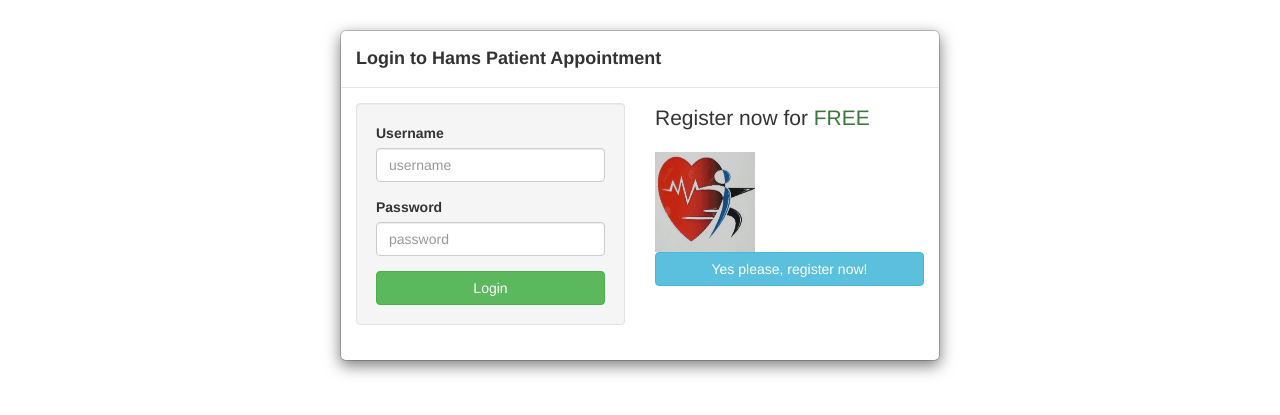
Repository: shiveshk/PullData
Page: http://localhost/Hams/
An editor plug-in stored every save of this project. The page is shown before and after the next save, followed by the edit.
The browser window is 1280 px wide. The pictures show the whole page.
The page is served by Tomcat 9. Nobody is signed in. The application's start-up code is not run. Other server files are loaded and not shown.

Above is the page before, as saved 2015-11-05 06:38:18.
Console error (its wording comes from the project's code and is left out).

### Hams/WebContent/index.jsp
<%@ page language="java" contentType="text/html; charset=ISO-8859-1"
    pageEncoding="ISO-8859-1"%>
<!DOCTYPE html>
<html>
<head>
<meta http-equiv="Content-Type" content="text/html; charset=ISO-8859-1">
<link rel="stylesheet" href="http://maxcdn.bootstrapcdn.com/bootstrap/3.3.5/css/bootstrap.min.css">
  <script src="http://maxcdn.bootstrapcdn.com/bootstrap/3.3.5/js/bootstrap.min.js"></script>
  <link rel="stylesheet" type="text/css" href="style.css"/>
<title>Login</title>
<style>
img {
	align: center;
	margin: auto;
	bottom: 100px;
    height: 100px;
    width: 100px;
}
</style>

</head>



<body>



    <div id="login-overlay" class="modal-dialog">
      <div class="modal-content">
          <div class="modal-header">
              <h4 class="modal-title" id="myModalLabel"><b>Login to Hams Patient Appointment </b></h4>
          </div>
          <div class="modal-body">
              <div class="row">
                  <div class="col-xs-6">
                      <div class="well">
                          <form id="loginForm" method="POST" action="LoginServlet">
                              <div class="form-group">
                                  <label for="username" class="control-label">Username</label>
                                  <input type="text" class="form-control" name="name" value=""  title="Please enter your username" placeholder="username">
                                  <span class="help-block"></span>
                              </div>

                              <div class="form-group">
                                  <label for="password" class="control-label">Password</label>
                                  <input type="password" class="form-control" name="password" placeholder="password" value="" title="Please enter your password">
                                  <span class="help-block"></span>
                              </div>

                              <button type="submit" value="login" name="submit" class="btn btn-success btn-block">Login</button>
                          </form>
                      </div>
                  </div>

                  <div class="col-xs-6">
                      <p class="lead">Register now for <span class="text-success">FREE</span></p>
                      <img src = "images/HAMSLogo.jpg" alt="hamslogo" />
                      <p><a href="/new-customer/" class="btn btn-info btn-block">Yes please, register now!</a></p>
                  </div>
                  </div>

      </div>
</div>
  </div>
<script type="text/javascript">

</script>


</body>
</html>

### Hams/WebContent/style/style.css
@CHARSET "ISO-8859-1";
/* Basic Grey */
.basic-grey {
    margin-left:auto;
    margin-right:auto;
    max-width: 500px;
    background: #F7F7F7;
    padding: 25px 15px 25px 10px;
    font: 12px Georgia, "Times New Roman", Times, serif;
    color: #888;
    text-shadow: 1px 1px 1px #FFF;
    border:1px solid #E4E4E4;
}
.basic-grey h1 {
    font-size: 25px;
    padding: 0px 0px 10px 40px;
    display: block;
    border-bottom:1px solid #E4E4E4;
    margin: -10px -15px 30px -10px;;
    color: #888;
}
.basic-grey h1>span {
    display: block;
    font-size: 11px;
}
.basic-grey label {
    display: block;
    margin: 0px;
}
.basic-grey label>span {
    float: left;
    width: 20%;
    text-align: right;
    padding-right: 10px;
    margin-top: 10px;
    color: #888;
}
.basic-grey input[type="text"], .basic-grey input[type="email"], .basic-grey textarea, .basic-grey select {
    border: 1px solid #DADADA;
    color: #888;
    height: 30px;
    margin-bottom: 16px;
    margin-right: 6px;
    margin-top: 2px;
    outline: 0 none;
    padding: 3px 3px 3px 5px;
    width: 70%;
    font-size: 12px;
    line-height:15px;
    box-shadow: inset 0px 1px 4px #ECECEC;
    -moz-box-shadow: inset 0px 1px 4px #ECECEC;
    -webkit-box-shadow: inset 0px 1px 4px #ECECEC;
}
.basic-grey textarea{
    padding: 5px 3px 3px 5px;
}
.basic-grey select {
    background: #FFF url('down-arrow.png') no-repeat right;
    background: #FFF url('down-arrow.png') no-repeat right);
    appearance:none;
    -webkit-appearance:none;
    -moz-appearance: none;
    text-indent: 0.01px;
    text-overflow: '';
    width: 70%;
    height: 35px;
    line-height: 25px;
}
.basic-grey textarea{
    height:100px;
}
.basic-grey .button {
    background: #E27575;
    border: none;
    padding: 10px 25px 10px 25px;
    color: #FFF;
    box-shadow: 1px 1px 5px #B6B6B6;
    border-radius: 3px;
    text-shadow: 1px 1px 1px #9E3F3F;
    cursor: pointer;
}
.basic-grey .button:hover {
    background: #CF7A7A
}

After the next save:
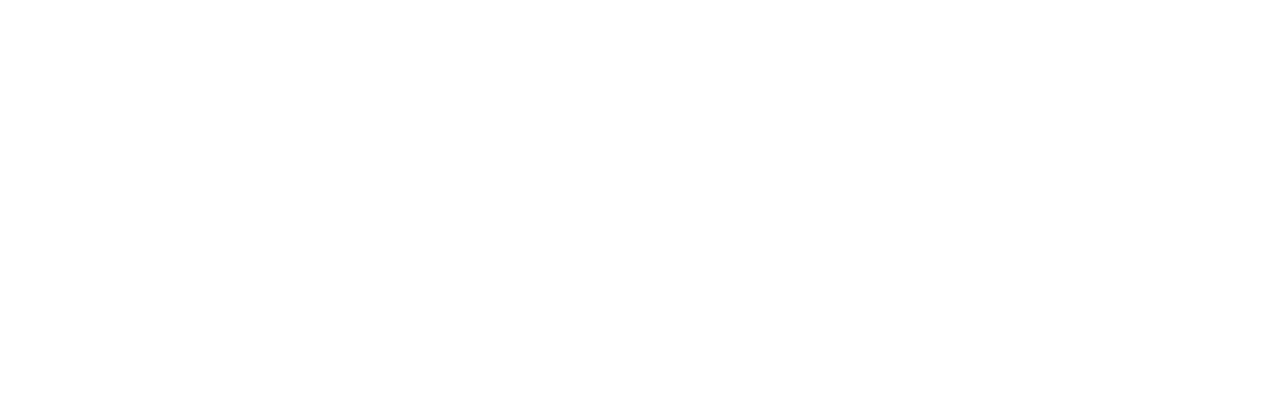
Saved 32 s later.
--- a/Hams/WebContent/index.jsp
+++ b/Hams/WebContent/index.jsp
@@ -16,7 +16,7 @@
     height: 100px;
     width: 100px;
 }
-</style>
+<style>
 
 </head>
 

After the 2 saves that followed:
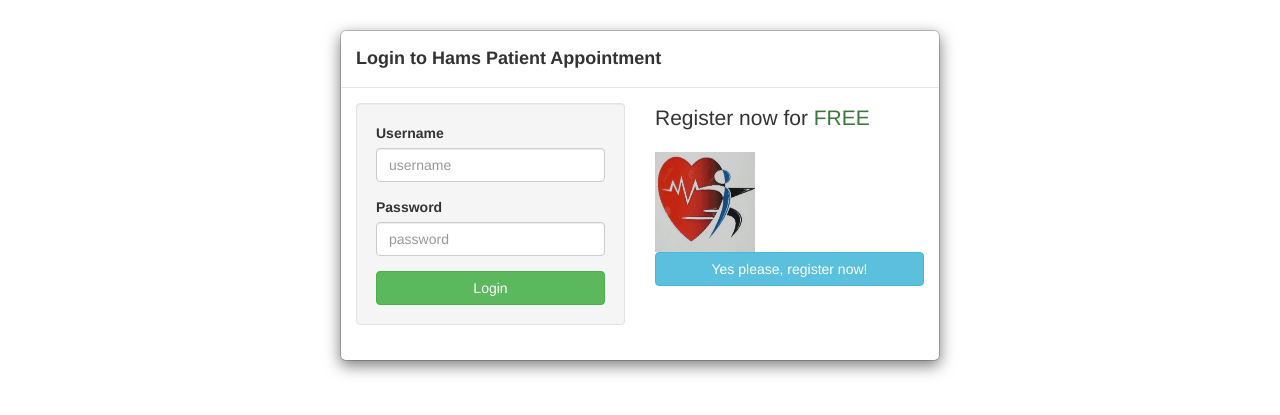
The 2 saves are shown as one change because they came seconds apart.
The last was saved 10 s later.
--- a/Hams/WebContent/index.jsp
+++ b/Hams/WebContent/index.jsp
@@ -16,7 +16,7 @@
     height: 100px;
     width: 100px;
 }
-<style>
+</style>
 
 </head>
 
